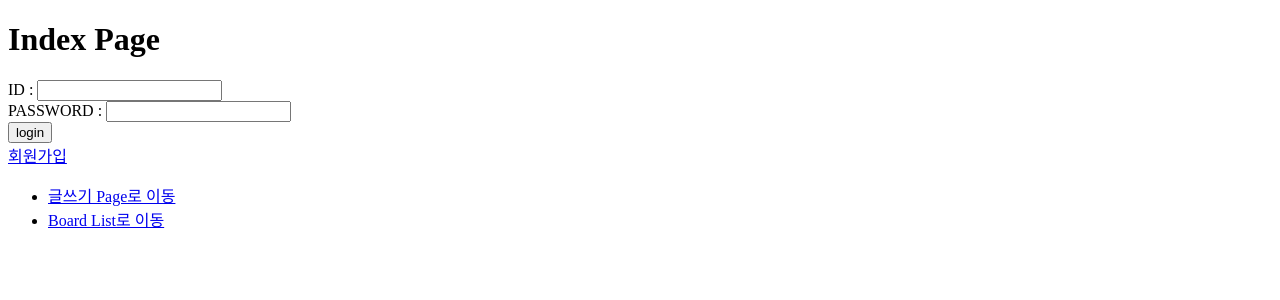
Repository: kurunai/jsp3
Page: http://localhost/jsp_project/
The author's editor kept a copy of each file at every save. The page is drawn from the files as they stood at one save, then again after the next save.
The browser window is 1280 px wide. The pictures show the whole page.
The page is served by Tomcat 9. Other server files are loaded and not shown.

Above is the page before, as saved 2022-08-25 08:14:23.

### _jsp2_workspace/jsp_project/src/main/webapp/index.jsp
<%@ page language="java" contentType="text/html; charset=UTF-8"
    pageEncoding="UTF-8"%>
<%@ taglib uri="http://java.sun.com/jsp/jstl/core" prefix="c"%>
<!DOCTYPE html>
<html>
<head>
<meta charset="UTF-8">
<title>Insert title here</title>
</head>
<body>
	<h1>Index Page</h1>
	<form action="/mem/login" method="post">
	ID : <input type="text" name="id"><br>
	PASSWORD : <input type="text" name="password"><br>
	<button type="submit">login</button><br>
	<a href="/mem/join.jsp">회원가입</a>
	</form>

	<!-- 로그인 연결시 -->

	<ul>
		<li>
			<a href="/brd/register">글쓰기 Page로 이동</a>
		</li>
		<li>
			<a href="/brd/list">Board List로 이동</a>
		</li>
	</ul>

</body>
</html>

After the next save:
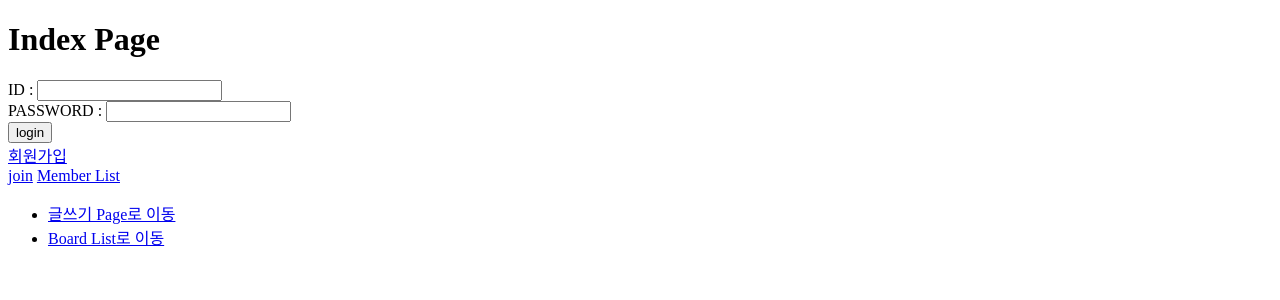
Saved 2 min 6 s later.
--- a/_jsp2_workspace/jsp_project/src/main/webapp/index.jsp
+++ b/_jsp2_workspace/jsp_project/src/main/webapp/index.jsp
@@ -18,6 +18,12 @@
 
 	<!-- 로그인 연결시 -->
 
+
+	<a href="/mem/join">join</a>
+	<a href="/mem/list">Member List</a>
+
+
+
 	<ul>
 		<li>
 			<a href="/brd/register">글쓰기 Page로 이동</a>
